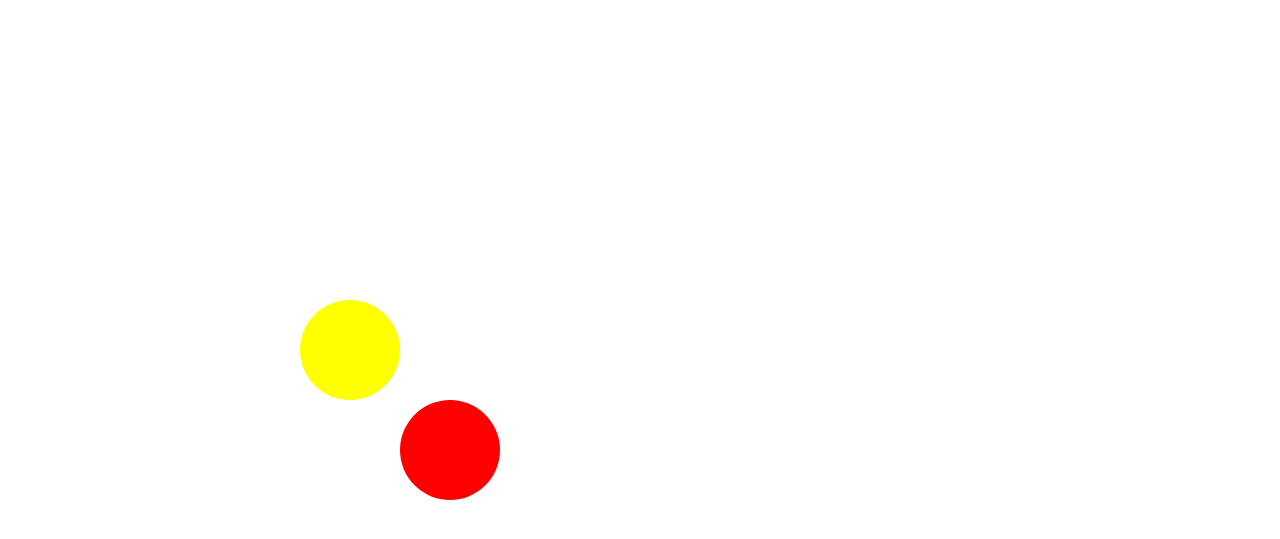
Repository: ScarApocalypse/study
Page: 一些想法/test.html
An editor plug-in stored every save of this project. The page is shown before and after the next save, followed by the edit.
The browser window is 1280 px wide. The pictures show the whole page.

Above is the page before, as saved 2019-08-02 01:11:29.

### 一些想法/test.html
<!DOCTYPE html>
<html lang="en">

<head>
    <meta charset="UTF-8">
    <meta name="viewport" content="width=device-width, initial-scale=1.0">
    <meta http-equiv="X-UA-Compatible" content="ie=edge">
    <title>Document</title>
    <style>
            #show{
                position: absolute;
                bottom:0;
            }
            .box1{
                position: absolute;
                left:0px;
                top:0px;
                /* z-index:-1; */
            }
            .box2{
                position: absolute;
                left:0px;
                top:0px;
                /* z-index:-1; */
            }
            .box3{
                position: absolute;
                left:0px;
                top:0px;
                /* z-index:-1; */
            }
           </style>
    <style>
        /* 首先清理一下内外边距 */
        /* 然后画一个div */
        /* 首先画一个红色的球 */
        /* 淦,感觉自己好low啊 */
        .box2{width: 100px;height: 100px;background-color:yellow;top:300px;left:300px;border-radius:50%;}
        .transition{transition:all 0.5s;}
        .box1{width:100px;height:100px;background-color:red;border-radius:50%;position:absolute;top:400px;left:400px;}

    </style>

</head>

<body>
    <div id="show"></div>
    <div class="box1 transition">

    </div>
    <div class="box2 transition">

    </div>
    <script>


        // var show = document.getElementById('show');
        // var style = document.getElementsByTagName('style')[1];
        // console.log(style);
        // var reg = /[{};]/;
        // var str = '/* 首先清理一下内外边距 */*{margin:0;padding:0;}/* 给背景设置一下颜色 */body{background-color:#ccc;}/* 添加动画效果 */.transition{transition:all 0.5s;}/* 首先画一个红色的球 */.box1{width:100px;height:100px;background-color:red;border-radius:50%;position:absolute;top:400px;left:400px;}/* 然后画一个黄色的球 */.box2{width: 100px;height: 100px;background-color:yellow;top:300px;left:300px;border-radius:50%;}/* 淦,感觉自己好low啊 */.box1{}';
        // var styleStr = '';
        // var showStr = '';
        // // var chat="1";
        // var length = str.length;
        // var strIndex = 0;
        // var timeOut = setInterval(() => {
        //     if (strIndex == length - 1) {
        //         console.log(showStr);
        //         clearInterval(timeOut);

        //     }
        //     styleStr += [str[strIndex]];
        //     showStr += [str[strIndex]];
        //     if (reg.test(str[strIndex])) {
        //         showStr += '<br>';
        //         if ((str[strIndex + 1] != '}') &&(str[strIndex + 1] != '.')&&(str[strIndex + 1]!='/')) {
        //             showStr += '&nbsp;&nbsp;&nbsp;&nbsp;&nbsp;'
        //         }
        //     }
        //     if(str[strIndex]=='/'&&str[strIndex-1]=='*'){
        //         showStr+='<br>';
        //     }
        //     // console.log(showStr);
        //     show.innerHTML = showStr;
        //     style.innerHTML=styleStr;


        //     strIndex++;
        // }, 50);
    </script>
</body>

</html>

After the next save:
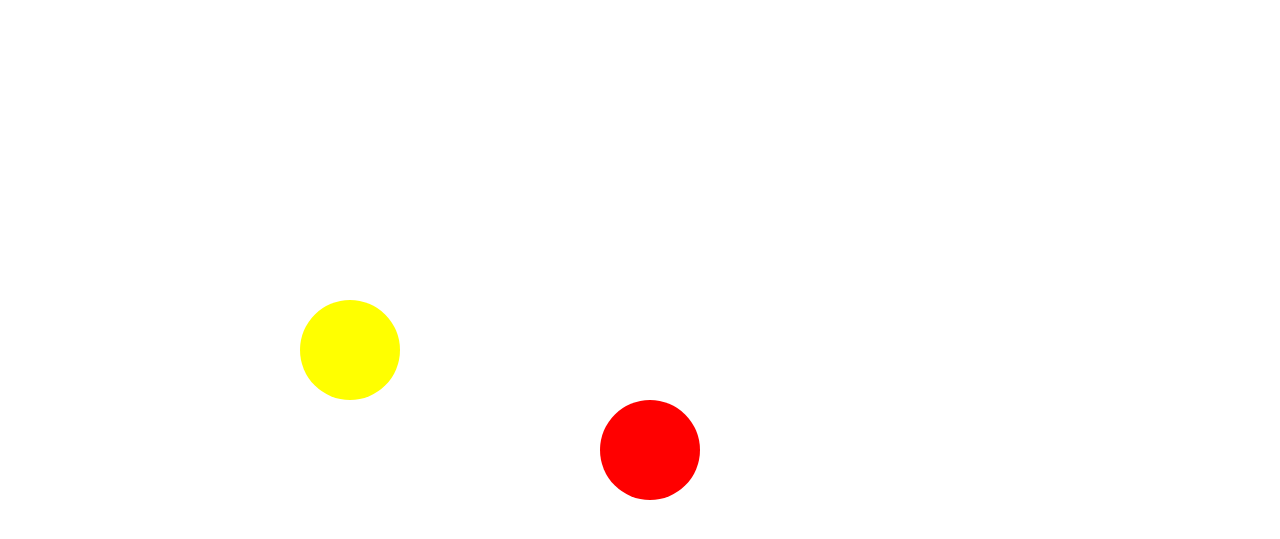
Saved 18 s later.
--- a/一些想法/test.html
+++ b/一些想法/test.html
@@ -38,7 +38,10 @@
         .box2{width: 100px;height: 100px;background-color:yellow;top:300px;left:300px;border-radius:50%;}
         .transition{transition:all 0.5s;}
         .box1{width:100px;height:100px;background-color:red;border-radius:50%;position:absolute;top:400px;left:400px;}
+        .box1{
+            left:600px;
 
+        }
     </style>
 
 </head>
